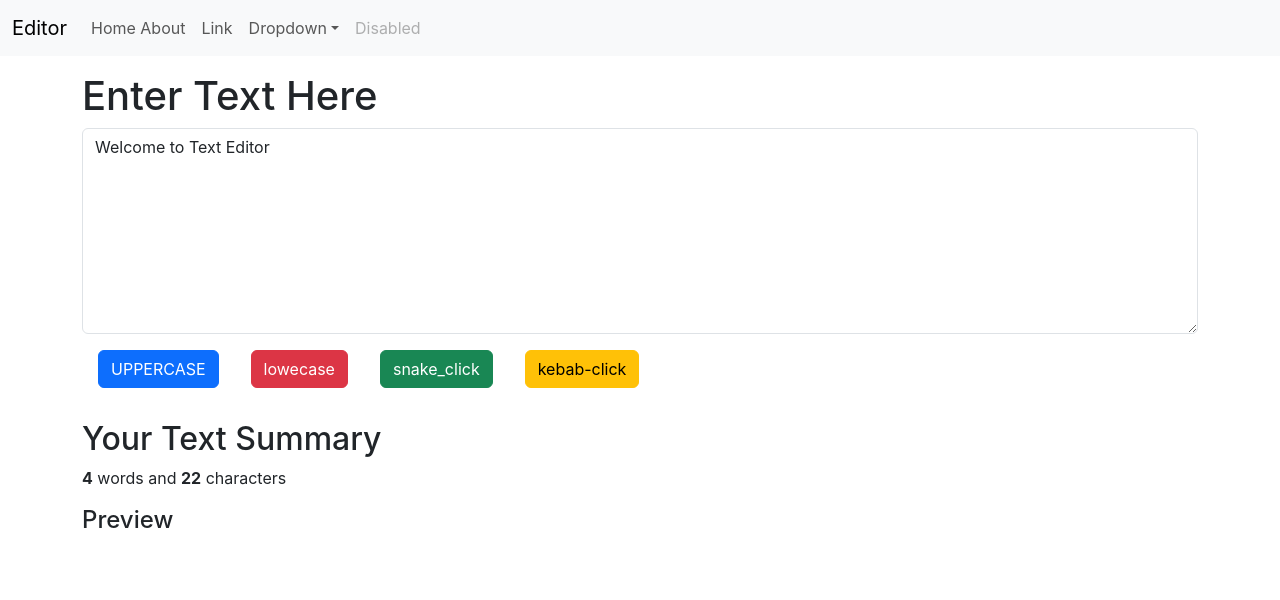
Repository: Shubham-tawar/Text-editor
Page: /
The author's editor kept a copy of each file at every save. The page is drawn from the files as they stood at one save, then again after the next save.
The browser window is 1280 px wide. The pictures show the whole page.
The project was rebuilt for these pictures with package versions that can differ from the ones it lists, and the page was loaded fresh each time. Also part of the build but not shown: src/App.css.

Above is the page before, as saved 2025-07-07 16:44:43.

### public/index.html
<!DOCTYPE html>
<html lang="en">
  <head>
    <meta charset="utf-8" />
    <link rel="icon" href="%PUBLIC_URL%/favicon.ico" />
    <meta name="viewport" content="width=device-width, initial-scale=1" />
    <meta name="theme-color" content="#000000" />
    <meta
      name="description"
      content="Web site created using create-react-app"
    />
    <link rel="apple-touch-icon" href="%PUBLIC_URL%/logo192.png" />
    <!--
      manifest.json provides metadata used when your web app is installed on a
      user's mobile device or desktop. See https://developers.google.com/web/fundamentals/web-app-manifest/
    -->
    <link rel="manifest" href="%PUBLIC_URL%/manifest.json" />
    <!--
      Notice the use of %PUBLIC_URL% in the tags above.
      It will be replaced with the URL of the `public` folder during the build.
      Only files inside the `public` folder can be referenced from the HTML.

      Unlike "/favicon.ico" or "favicon.ico", "%PUBLIC_URL%/favicon.ico" will
      work correctly both with client-side routing and a non-root public URL.
      Learn how to configure a non-root public URL by running `npm run build`.
    -->
    <link href="https://cdn.jsdelivr.net/npm/bootstrap@5.3.7/dist/css/bootstrap.min.css" rel="stylesheet" integrity="sha384-LN+7fdVzj6u52u30Kp6M/trliBMCMKTyK833zpbD+pXdCLuTusPj697FH4R/5mcr" crossorigin="anonymous">
    <title>React App</title>
  </head>
  <body>
    <noscript>You need to enable JavaScript to run this app.</noscript>
    <div id="root"></div>
    <!--
      This HTML file is a template.
      If you open it directly in the browser, you will see an empty page.

      You can add webfonts, meta tags, or analytics to this file.
      The build step will place the bundled scripts into the <body> tag.

      To begin the development, run `npm start` or `yarn start`.
      To create a production bundle, use `npm run build` or `yarn build`.
    -->
    <script src="https://cdn.jsdelivr.net/npm/bootstrap@5.3.7/dist/js/bootstrap.bundle.min.js" integrity="sha384-ndDqU0Gzau9qJ1lfW4pNLlhNTkCfHzAVBReH9diLvGRem5+R9g2FzA8ZGN954O5Q" crossorigin="anonymous"></script>
  </body>
</html>

### src/App.js

import './App.css';
import Navbar from './components/Navbar';
import Textform from './components/Textform';

function App() {
  return (
    <>
    <Navbar title="Editor" aboutText="About"/>
    <Textform heading = "Enter Text Here"/>
    </>
  );
}

export default App;

### src/components/Navbar.js
import React from 'react'
import PropTypes from 'prop-types'
export default function Navbar(props) {
  return (
    <>
    <nav className="navbar navbar-expand-lg navbar-light bg-light">
        <div className="container-fluid">
            <a className="navbar-brand" href="/">{props.title}</a>
            <button className="navbar-toggler" type="button" data-toggle="collapse" data-target="#navbarSupportedContent" aria-controls="navbarSupportedContent" aria-expanded="false" aria-label="Toggle navigation">
                <span className="navbar-toggler-icon"></span>
            </button>

            <div className="collapse navbar-collapse" id="navbarSupportedContent">
                <ul className="navbar-nav mr-auto">
                <li className="nav-item active">
                    <a className="nav-link" href="/">Home <span className="sr-only">{props.aboutText}</span></a>
                </li>
                <li className="nav-item">
                    <a className="nav-link" href="/">Link</a>
                </li>
                <li className="nav-item dropdown">
                    <a className="nav-link dropdown-toggle" href="/" id="navbarDropdown" role="button" data-toggle="dropdown" aria-haspopup="true" aria-expanded="false">
                    Dropdown
                    </a>
                    <div className="dropdown-menu" aria-labelledby="navbarDropdown">
                    <a className="dropdown-item" href="/">Action</a>
                    <a className="dropdown-item" href="/">Another action</a>
                    <div className="dropdown-divider"></div>
                    <a className="dropdown-item" href="/">Something else here</a>
                    </div>
                </li>
                <li className="nav-item">
                    <a className="nav-link disabled" href="/">Disabled</a>
                </li>
                </ul>

            </div>
        </div>

    </nav>
    </>
  )
}

Navbar.propTypes = {
    title: PropTypes.string,
    aboutText: PropTypes.string
}

### src/components/Textform.js
import React, {useState} from 'react'
import PropTypes from 'prop-types'


export default function Textform(props) {
    const [text, setText] = useState("Welcome to Text Editor");

    function handleUpClick(){
        console.log("Uppercase was clicked");
        let newText = text.toUpperCase();
        setText(newText);
    }

    function handleLowClick(){
        console.log("Lowercase was clicked");
        let newText = text.toLowerCase();
        setText(newText);
    }
    function handleSnakeClick(){
        console.log("Snake Case was clicked");
        let newText = text.replace(/\s+/g, '_').toLowerCase();
        setText(newText);
    }
    function handleKebabClick(){
        console.log("Kebab Case was clicked");
        let newText = text.replace(/_/g, '-').toLowerCase();
        setText(newText);
    }
    function handleOnChange(event){  // able to change teh text in the textarea
        setText(event.target.value);
    }

    return (
        <>
        <form className='container my-3'>

            <div className="form-group">
                <h1>{props.heading}</h1>
                <textarea className="form-control" id="exampleFormControlTextarea1" onChange={handleOnChange} rows="8" value={text} placeholder='Text Area'></textarea>
            </div>
            <button type='button' className="btn btn-primary m-3" onClick={handleUpClick}>UPPERCASE</button>
            <button type='button' className="btn btn-danger m-3" onClick={handleLowClick}>lowecase</button>
            <button type='button' className="btn btn-success m-3" onClick={handleSnakeClick}>snake_click</button>
            <button type='button' className="btn btn-warning m-3" onClick={handleKebabClick}>kebab-click</button>
        </form>
        <div className="container">
            <h2>Your Text Summary</h2>
            <p><b>{text.split(' ').length}</b> words and <b>{text.length}</b> characters</p>
            <h4>Preview</h4>

        </div>

        </>
    )
}

Textform.propTypes = {
    heading: PropTypes.string
}

Textform.defaultProps = {
    heading: "Enter Text Here"
}

Loaded but not shown: src/index.js (common file); src/index.css (common file); src/reportWebVitals.js (common file)

After the next save:
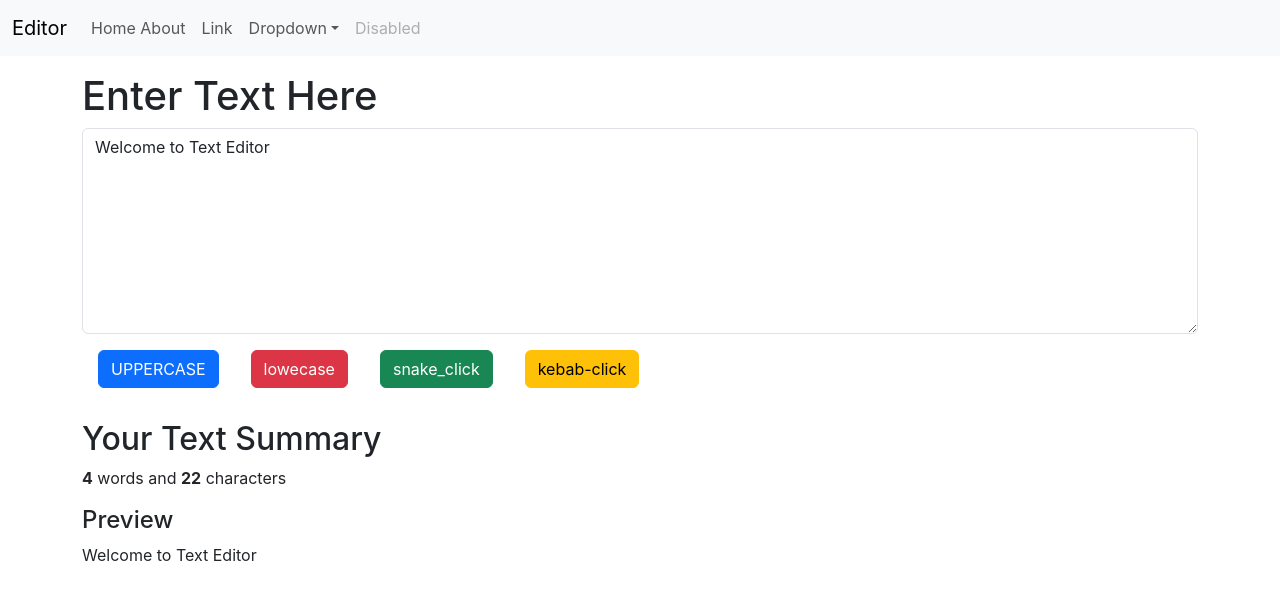
Saved 5 s later.
--- a/src/components/Textform.js
+++ b/src/components/Textform.js
@@ -47,7 +47,7 @@ export default function Textform(props) {
             <h2>Your Text Summary</h2>
             <p><b>{text.split(' ').length}</b> words and <b>{text.length}</b> characters</p>
             <h4>Preview</h4>
-
+            <p>{text.length > 0 ? text : "Enter something in the text area to preview it here"}</p>
         </div>
 
         </>
